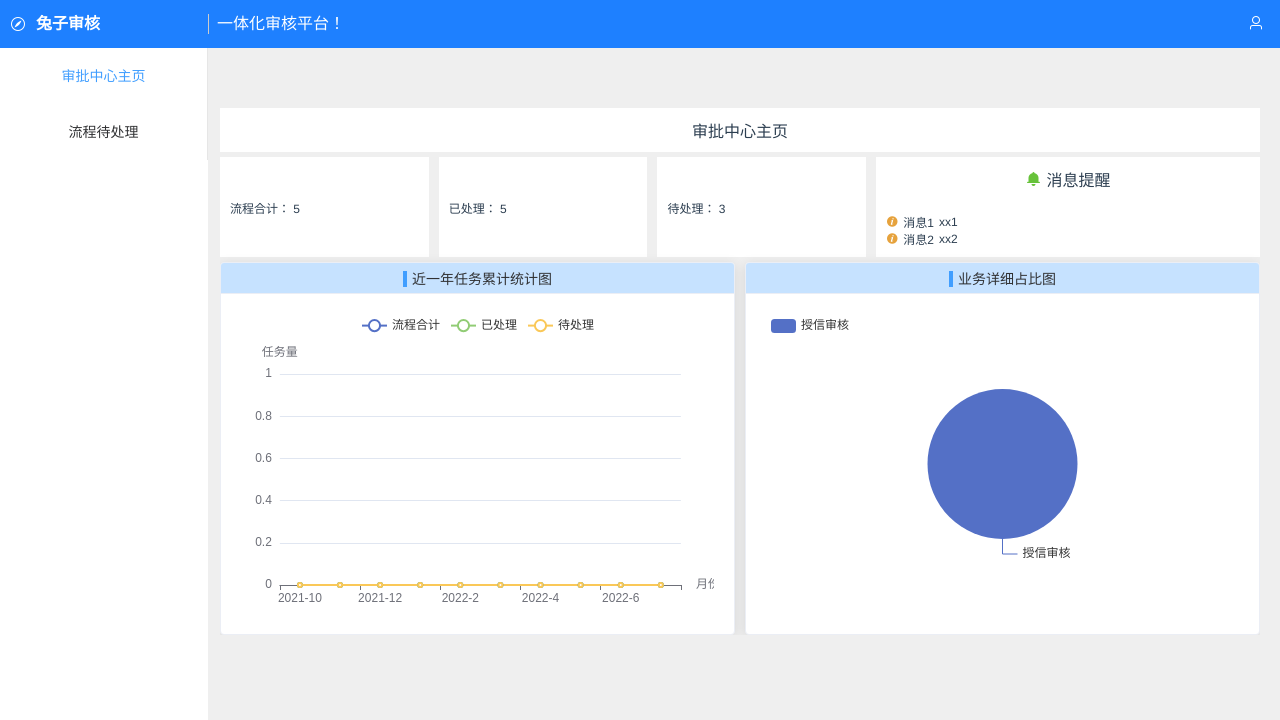
Repository: lucky-LoL735/lois
Page: / (app in project-audit/)
The author's editor kept a copy of each file at every save. The page is drawn from the files as they stood at one save, then again after the next save.
The browser window is 1280 px wide. The pictures show the whole page.
The project was rebuilt for these pictures with package versions that can differ from the ones it lists, and the page was loaded fresh each time. Also part of the build but not shown: project-audit/vue.config.js, project-audit/src/views/ToDo.vue, project-audit/src/views/LogDetail.vue, project-audit/src/views/FlowView.vue, project-audit/src/views/HandleTask.vue, project-audit/src/views/SeeLog.vue.

Above is the page before, as saved 2022-11-17 17:20:42.

After the next save:
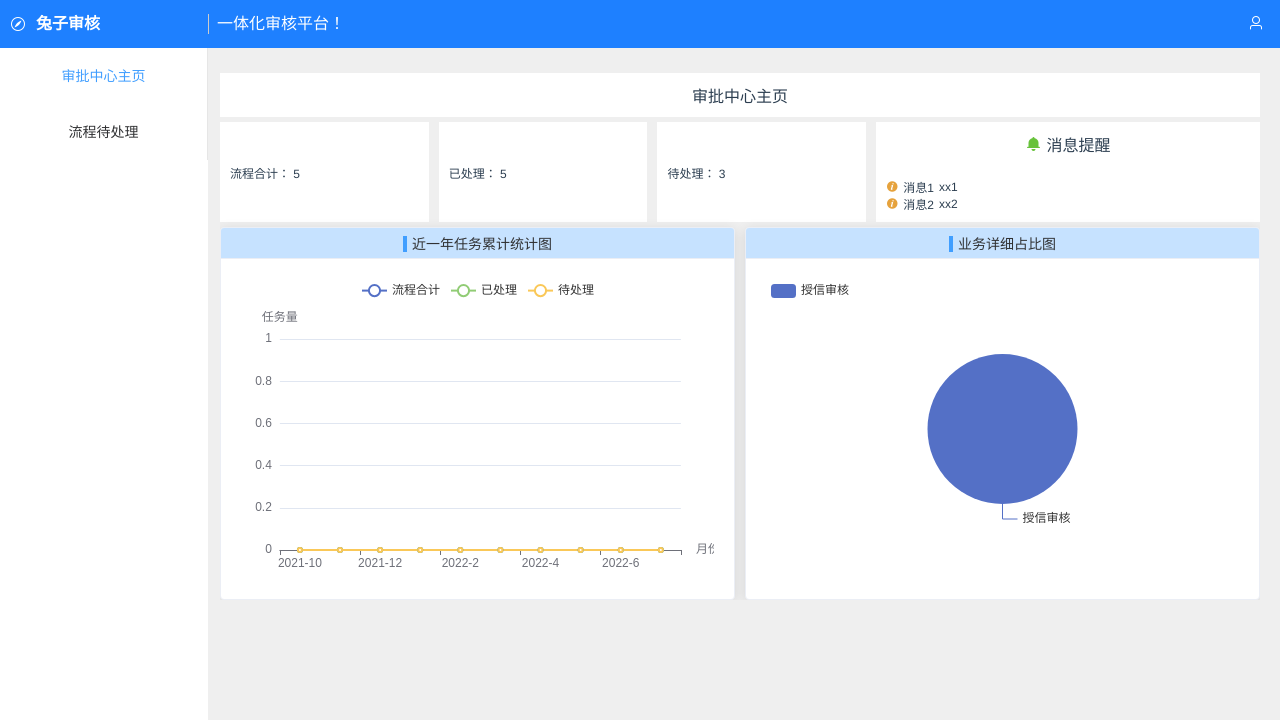
Saved 30 s later.
--- a/project-audit/src/views/HomeView.vue
+++ b/project-audit/src/views/HomeView.vue
@@ -164,7 +164,6 @@ export default ({
 <style lang="scss" scoped>
 .home {
   overflow: hidden;
-  margin-top: 35px ;
 }
 
 .same {
